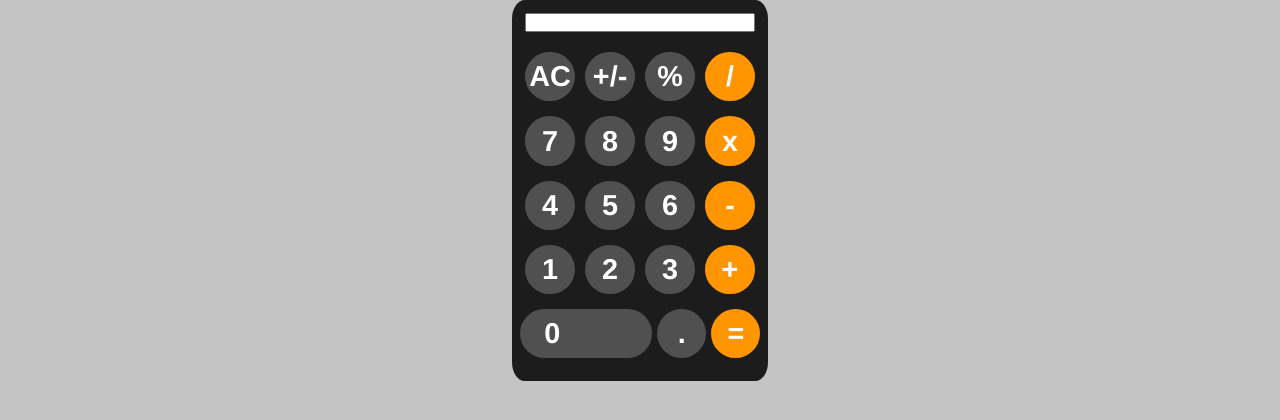
Repository: raulpenate/Calculadora-VUE3
Page: /
An editor plug-in stored every save of this project. The page is shown before and after a run of saves, followed by the edit.
The browser window is 1280 px wide. The pictures show the whole page.
The project was rebuilt for these pictures with package versions that can differ from the ones it lists, and the page was loaded fresh each time. Also part of the build but not shown: src/components/HelloWorld.vue.

Above is the page before, as saved 2022-03-11 10:28:14.

After the next 2 saves:
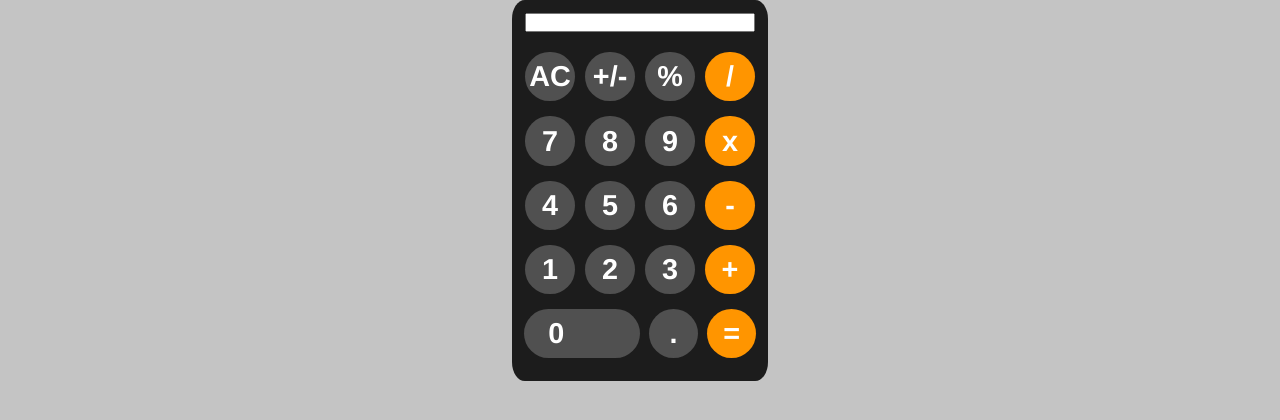
The 2 saves are shown as one change because they came seconds apart.
The last was saved 52 s later.
--- a/src/components/Calculator.vue
+++ b/src/components/Calculator.vue
@@ -129,7 +129,7 @@ input[type=number]::-webkit-outer-spin-button {
 }
 
 .grande{
-    flex-grow: 1;
+    flex-grow: 0.8;
     border-radius: 50px;
     display: flex;
     justify-content: start;
